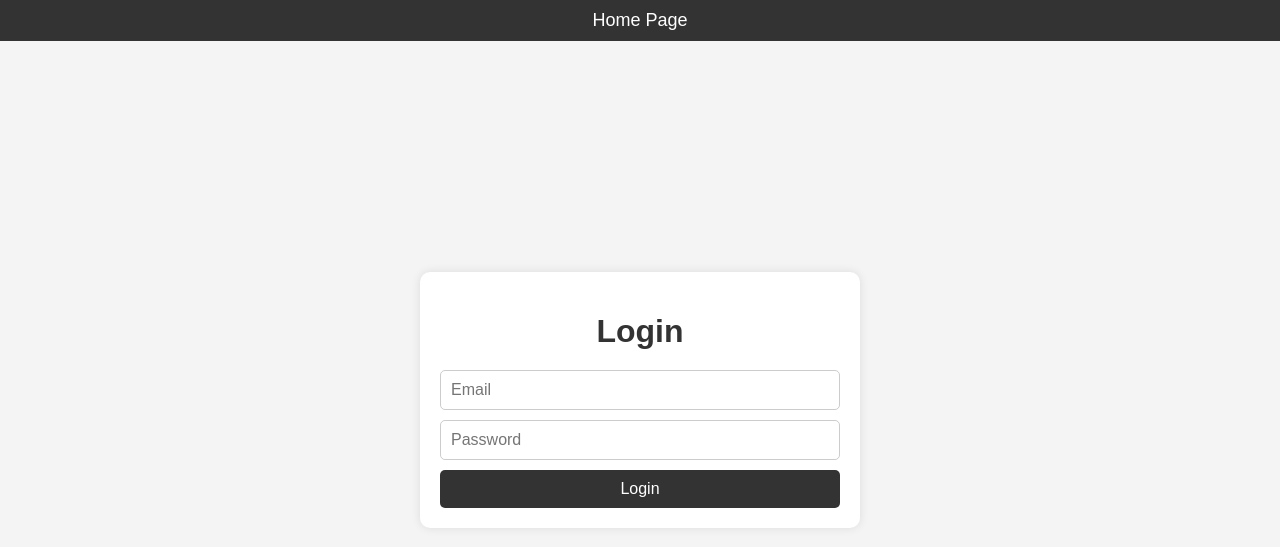
Repository: MostafaMohamed2001/Auth2
Page: http://localhost/auth/login
These files come from the project's save history. The page is drawn as it stood at one moment and after a run of saves; the edit follows.
The browser window is 1280 px wide. The pictures show the whole page.
The page is served by the project's Node server (index.js).

Above is the page before, as saved 2024-07-07 00:49:51.

### views/login.ejs
<!DOCTYPE html>
<html lang="en">
<head>
  <meta charset="UTF-8">
  <meta name="viewport" content="width=device-width, initial-scale=1.0">
  <title>OAuth Tutorials - Login</title>
  <style>
    body {
      font-family: Arial, sans-serif;
      margin: 0;
      padding: 0;
      background-color: #f4f4f4;
      color: #333;
      display: flex;
      justify-content: center;
      align-items: center;
      height: 100vh;
    }

    nav {
      background-color: #333;
      padding: 10px 0;
      width: 100%;
      position: fixed;
      top: 0;
      left: 0;
    }

    nav ul {
      list-style: none;
      padding: 0;
      margin: 0;
      display: flex;
      justify-content: center;
    }

    nav ul li {
      margin: 0 15px;
    }

    nav ul li a {
      color: #fff;
      text-decoration: none;
      font-size: 18px;
    }

    nav ul li a:hover {
      text-decoration: underline;
    }

    main {
      padding: 20px;
      text-align: center;
      background-color: #fff;
      border-radius: 10px;
      box-shadow: 0 0 10px rgba(0, 0, 0, 0.1);
      max-width: 400px;
      width: 100%;
      margin-top: 80px;
    }

    h1 {
      font-size: 2em;
      margin-bottom: 20px;
    }

    form {
      display: flex;
      flex-direction: column;
    }

    input[type="email"],
    input[type="password"] {
      padding: 10px;
      margin-bottom: 10px;
      border: 1px solid #ccc;
      border-radius: 5px;
      font-size: 16px;
    }

    input[type="submit"] {
      padding: 10px;
      border: none;
      border-radius: 5px;
      background-color: #333;
      color: #fff;
      font-size: 16px;
      cursor: pointer;
    }

    input[type="submit"]:hover {
      background-color: #555;
    }
  </style>
</head>
<body>
  <nav>
    <ul>
      <li><a href="/">Home Page</a></li>
    </ul>
  </nav>

  <main>
    <h1>Login</h1>
    <form action="/login" method="POST">
      <input type="email" name="email" placeholder="Email" required>
      <input type="password" name="password" placeholder="Password" required>
      <input type="submit" value="Login">
    </form>
  </main>
</body>
</html>

### index.js
const express = require('express');

const passport = require('passport');

const authRoutes = require('./routes/auth2Route');

const app = express();


app.set('view engine', 'ejs')


app.use('/auth' ,authRoutes)
app.get('/', (req,res) => {
  res.render('home');
})
const PORT = process.env.PORT || 8000;
app.listen(PORT, () => {
  console.log(`Server is running on port ${PORT}`);
});

### routes/auth2Route.js
const express = require('express')
const router = express.Router();
router.get('/login', (req, res) => {
  res.render('login');
})

router.get('/logout', (req, res) => {
  // handle with passport
  res.send('Logging out')
})



router.get('/google', (req, res) => {
  // handle with passport
  res.send('Logging in with google')
})


module.exports = router;

After the next 2 saves:
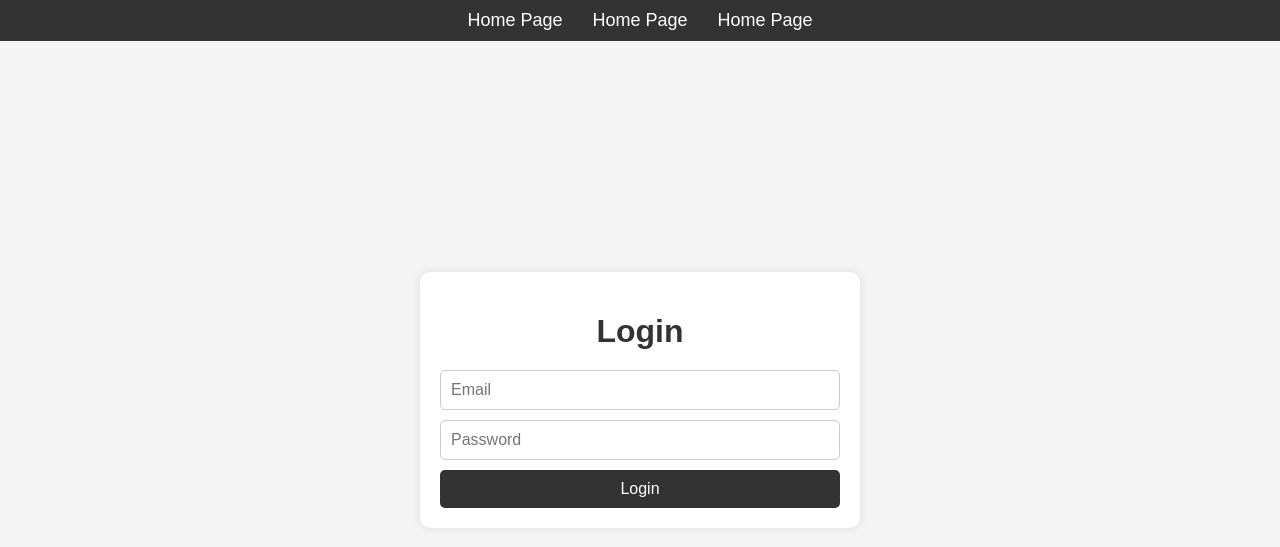
The 2 saves are shown as one change because they came seconds apart.
The last was saved 14 s later.
--- a/views/login.ejs
+++ b/views/login.ejs
@@ -97,6 +97,8 @@
   <nav>
     <ul>
       <li><a href="/">Home Page</a></li>
+      <li><a href="/">Home Page</a></li>
+      <li><a href="/">Home Page</a></li>
     </ul>
   </nav>
 
